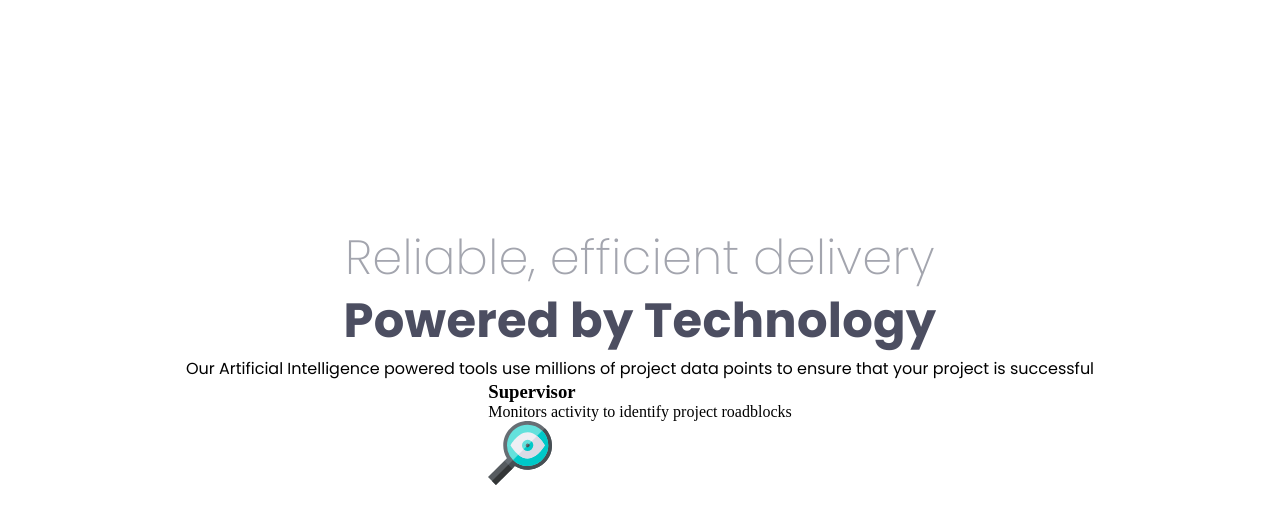
Repository: brandontaylor1/four-card-feature
Page: index.html
The author's editor kept a copy of each file at every save. The page is drawn from the files as they stood at one save, then again after the next save.
The browser window is 1280 px wide. The pictures show the whole page.

Above is the page before, as saved 2025-01-09 22:36:04.

### index.html
<!DOCTYPE html>
<html lang="en">
<head>
    <meta charset="UTF-8">
    <meta name="viewport" content="width=device-width, initial-scale=1.0">
    <link rel="preconnect" href="https://fonts.googleapis.com">
    <link rel="preconnect" href="https://fonts.gstatic.com" crossorigin>
    <link href="https://fonts.googleapis.com/css2?family=Poppins:ital,wght@0,100;0,200;0,300;0,400;0,500;0,600;0,700;0,800;0,900;1,100;1,200;1,300;1,400;1,500;1,600;1,700;1,800;1,900&display=swap" rel="stylesheet">
    <link rel="stylesheet" href="styles.css">
    <title>Four Card Feature</title>
</head>
<body>
    <main class="container">
        <section class="page-content">
            <h1>Reliable, efficient delivery</h1>
            <h2>Powered by Technology</h2>
            <p>Our Artificial Intelligence powered tools use millions of project data points to ensure that your project is successful</p>
        </section>
        <section class="card-container">
            <div class="card-column">
                <div class="card">
                    <h3>Supervisor</h3>
                    <p>Monitors activity to identify project roadblocks</p>
                    <img src="./assets/images/icon-supervisor.svg" alt="Supervisor Icon">
                </div>
            </div>
        </section>
    </main>

</body>
</html>

### styles.css
* {
    margin: 0;
    padding: 0;
    box-sizing: border-box;
}

:root {
    --primary-red: hsl(0, 78%, 62%);
    --primary-cyan: hsl(180, 62%, 55%);
    --primary-orange: hsl(34, 97%, 64%);
    --primary-blue: hsl(212, 86%, 64%);

    --secondary-dark-blue: hsl(234, 12%, 34%);
    --secondary-grayish-blue: hsl(229, 6%, 66%);
    --secondary-light-gray: hsl(0, 0%, 98%);
}

.container {
    height: 100vh;
    display: flex;
    align-items: center;
    justify-content: center;
    flex-direction: column;
}

.page-content {
    display: flex;
    flex-direction: column;
    align-items: center;
    justify-content: space-between;
    height: 150px;
}

.page-content h1 {
    font-size: 3rem;
    font-family: "Poppins", sans-serif;
    font-weight: 200;
    line-height: 54px;
    letter-spacing: .25px;
    color: var(--secondary-grayish-blue);
}

.page-content h2 {
    font-size: 3rem;
    font-family: "Poppins", sans-serif;
    font-weight: 700;
    line-height: 54px;
    letter-spacing: .25px;
    color: var(--secondary-dark-blue);
}

.page-content p {
    font-size: 1rem;
    font-family: "Poppins", sans-serif;
    font-weight: 400;
    line-height: 25px;
    text-align: center;

}

After the next save:
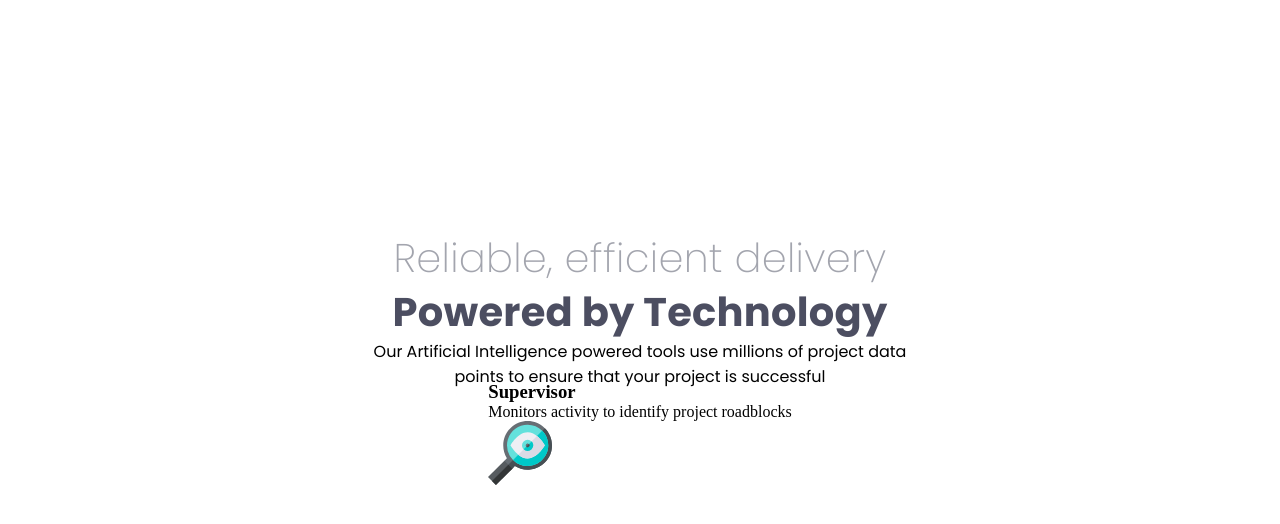
Saved 55 s later.
--- a/styles.css
+++ b/styles.css
@@ -29,10 +29,11 @@
     align-items: center;
     justify-content: space-between;
     height: 150px;
+    width: 540px;
 }
 
 .page-content h1 {
-    font-size: 3rem;
+    font-size: 2.5rem;
     font-family: "Poppins", sans-serif;
     font-weight: 200;
     line-height: 54px;
@@ -41,7 +42,7 @@
 }
 
 .page-content h2 {
-    font-size: 3rem;
+    font-size: 2.5rem;
     font-family: "Poppins", sans-serif;
     font-weight: 700;
     line-height: 54px;
